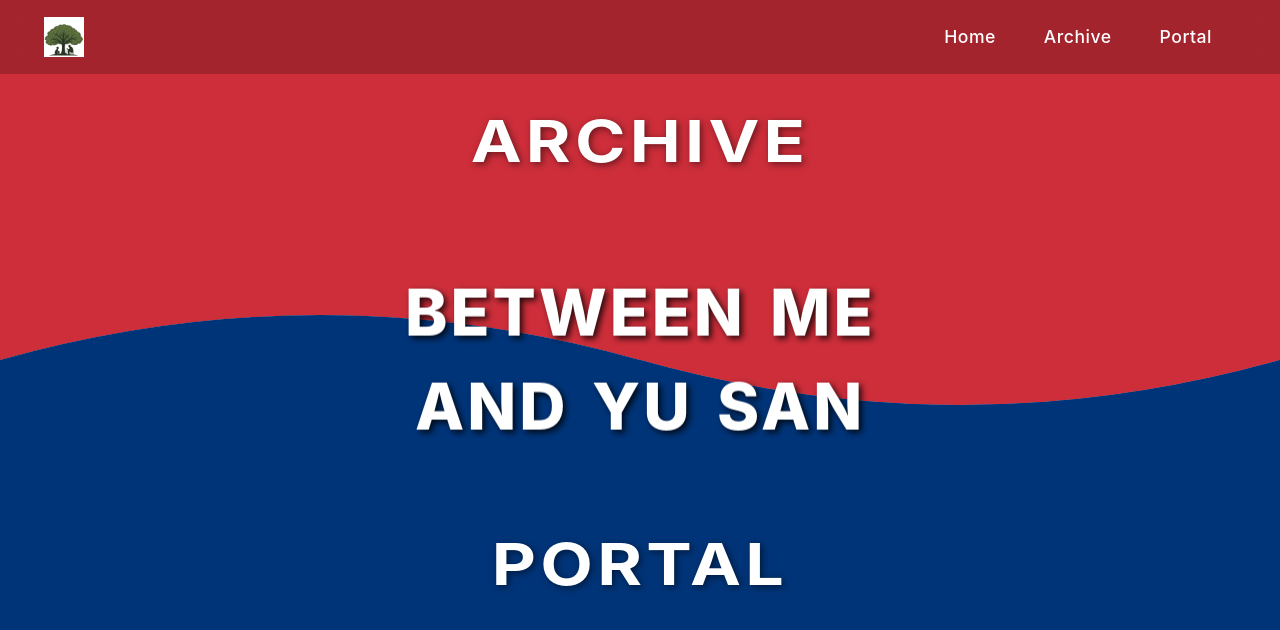
Repository: joshliu14/betweenmeandyusan
Page: /
The author's editor kept a copy of each file at every save. The page is drawn from the files as they stood at one save, then again after the next save.
The browser window is 1280 px wide. The pictures show the whole page.
The project was rebuilt for these pictures with package versions that can differ from the ones it lists, and the page was loaded fresh each time. Also part of the build but not shown: src/components/SearchPage.js, src/components/PortalPage.js, src/components/StorySubmissionPage.js.

Above is the page before, as saved 2025-06-10 20:21:49.

### public/index.html
<!DOCTYPE html>
<html lang="en">
  <head>
    <meta charset="utf-8" />
    <link rel="icon" href="%PUBLIC_URL%/favicon.ico" />
    <meta name="viewport" content="width=device-width, initial-scale=1" />
    <meta name="theme-color" content="#000000" />
    <meta
      name="description"
      content="Web site created using create-react-app"
    />
    <link rel="apple-touch-icon" href="%PUBLIC_URL%/logo192.png" />
    <!--
      manifest.json provides metadata used when your web app is installed on a
      user's mobile device or desktop. See https://developers.google.com/web/fundamentals/web-app-manifest/
    -->
    <link rel="manifest" href="%PUBLIC_URL%/manifest.json" />
    <!--
      Notice the use of %PUBLIC_URL% in the tags above.
      It will be replaced with the URL of the `public` folder during the build.
      Only files inside the `public` folder can be referenced from the HTML.

      Unlike "/favicon.ico" or "favicon.ico", "%PUBLIC_URL%/favicon.ico" will
      work correctly both with client-side routing and a non-root public URL.
      Learn how to configure a non-root public URL by running `npm run build`.
    -->
    <title>Between Me And Yusan</title>
  </head>
  <body>
    <noscript>You need to enable JavaScript to run this app.</noscript>
    <div id="root"></div>
    <!--
      This HTML file is a template.
      If you open it directly in the browser, you will see an empty page.

      You can add webfonts, meta tags, or analytics to this file.
      The build step will place the bundled scripts into the <body> tag.

      To begin the development, run `npm start` or `yarn start`.
      To create a production bundle, use `npm run build` or `yarn build`.
    -->
  </body>
</html>

### src/App.js
// src/App.js
import React from 'react';
import { BrowserRouter as Router, Routes, Route } from 'react-router-dom';
import 'bootstrap/dist/css/bootstrap.min.css';
import './App.css';
import HomePage from './components/HomePage';
import SearchPage from './components/SearchPage';
import PortalPage from './components/PortalPage';
import StorySubmissionPage from './components/StorySubmissionPage';
import Navigation from './components/Navigation';

function App() {
  return (
    <Router>
      <div className="App">
        <Navigation />
        <Routes>
          <Route path="/" element={<HomePage />} />
          <Route path="/search" element={<SearchPage />} />
          <Route path="/portal" element={<PortalPage />} />
          <Route path="/submit-story" element={<StorySubmissionPage />} />
        </Routes>
      </div>
    </Router>
  );
}

export default App;

### src/App.css
/* src/App.css */
.App {
  min-height: 100vh;
  font-family: -apple-system, BlinkMacSystemFont, 'Segoe UI', 'Roboto', 'Oxygen',
    'Ubuntu', 'Cantarell', 'Fira Sans', 'Droid Sans', 'Helvetica Neue',
    sans-serif;
}

/* Custom Korean-inspired colors */
:root {
  --korean-red: #cd2e3a;
  --korean-blue: #003478;
  --korean-white: #ffffff;
  --light-gray: #f8f9fa;
}

/* Navigation Styles */
.navigation-bar {
  z-index: 1000;
  padding: 1rem 2rem;
  background: rgba(0, 0, 0, 0.1) !important;
  backdrop-filter: blur(10px);
  transition: all 0.3s ease;
}

.navigation-bar:hover {
  background: rgba(0, 0, 0, 0.2) !important;
}

.nav-link-custom {
  color: white !important;
  font-weight: 500;
  font-size: 1.1rem;
  margin: 0 1rem;
  transition: all 0.3s ease;
  text-decoration: none;
  letter-spacing: 0.5px;
}

.nav-link-custom:hover {
  color: #ffd700 !important;
  transform: translateY(-2px);
}

.logo-container {
  display: flex;
  align-items: center;
}

.navbar-logo {
  height: 40px;
  width: auto;
  transition: transform 0.3s ease;
}

.navbar-logo:hover {
  transform: scale(1.1);
}

/* New Home Page Styles */
.home-container {
  min-height: 100vh;
  display: flex;
  align-items: center;
  justify-content: center;
  position: relative;
  overflow: hidden;
}

.background-pattern {
  position: absolute;
  top: 0;
  left: 0;
  width: 100%;
  height: 100%;
  background: url("data:[embedded picture, 390 characters]") repeat;
  animation: float 30s infinite linear;
  z-index: 1;
}

@keyframes float {
  0% { transform: translateX(0px) translateY(0px); }
  25% { transform: translateX(10px) translateY(-10px); }
  50% { transform: translateX(0px) translateY(-20px); }
  75% { transform: translateX(-10px) translateY(-10px); }
  100% { transform: translateX(0px) translateY(0px); }
}

.yin-yang-container {
  position: relative;
  width: 100%;
  height: 100vh;
  display: flex;
  align-items: center;
  justify-content: center;
}

.yin-yang-wave {
  position: absolute;
  width: 100%;
  height: 100%;
  top: 0;
  left: 0;
  z-index: 2;
}

.clickable-section {
  cursor: pointer;
  transition: all 0.3s ease;
}

.clickable-section:hover {
  filter: brightness(1.1);
}

/* Button hover effects and animations */
.top-button-group, .bottom-button-group {
  cursor: pointer;
  transition: all 0.3s ease;
}

/* Top section hover effects */
.top-button-group:hover .top-shape {
  fill: #a82329 !important; /* Darker red on hover */
  transition: fill 0.3s ease;
}

.top-button-group:hover .top-text {
  fill: white;
  transform: scale(1.1);
  transition: all 0.3s ease;
}

/* Bottom section hover effects */
.bottom-button-group:hover .bottom-shape {
  fill: #002356 !important; /* Darker blue on hover */
  transition: fill 0.3s ease;
}

.bottom-button-group:hover .bottom-text {
  fill: white;
  transform: scale(1.1);
  transition: all 0.3s ease;
}

/* Add subtle glow effect on hover */
.top-button-group:hover {
  filter: drop-shadow(0 0 20px rgba(168, 35, 41, 0.5));
}

.bottom-button-group:hover {
  filter: drop-shadow(0 0 20px rgba(0, 35, 86, 0.5));
}

/* Animation for the shapes */
.top-shape, .bottom-shape {
  transition: fill 0.3s ease, transform 0.3s ease;
}

.top-text, .bottom-text {
  transition: fill 0.3s ease, transform 0.3s ease;
  transform-origin: center;
}

/* Add a subtle pulse animation */
@keyframes pulse {
  0% { opacity: 1; }
  50% { opacity: 0.8; }
  100% { opacity: 1; }
}

.top-button-group:hover, .bottom-button-group:hover {
  animation: pulse 2s infinite;
}

.section-text {
  font-size: 4rem;
  font-weight: 700;
  letter-spacing: 4px;
  fill: white;
  text-shadow: 2px 2px 8px rgba(0, 0, 0, 0.5);
  cursor: pointer;
  transition: all 0.3s ease;
}

.section-text:hover {
  filter: drop-shadow(4px 4px 12px rgba(0, 0, 0, 0.7));
  transform: translateY(-2px);
}

.yin-circle, .yang-circle {
  filter: drop-shadow(0 4px 8px rgba(0, 0, 0, 0.3));
}

.main-title-container {
  position: absolute;
  top: 50%;
  left: 50%;
  transform: translate(-50%, -50%);
  z-index: 5;
}

.main-title {
  font-size: 4rem;
  font-weight: 800;
  color: white;
  text-align: center;
  text-shadow: 3px 3px 6px rgba(0, 0, 0, 0.8);
  letter-spacing: 3px;
  margin: 0;
  padding: 0 2rem;
  display: flex;
  flex-wrap: wrap;
  justify-content: center;
  gap: 1.5rem;
  line-height: 1.1;
}

.title-word {
  display: inline-block;
  opacity: 0;
  animation: elegantReveal 1.5s cubic-bezier(0.25, 0.46, 0.45, 0.94) forwards;
}

.title-word:nth-child(1) {
  animation-delay: 0.3s;
}

.title-word:nth-child(2) {
  animation-delay: 0.6s;
}

.title-word:nth-child(3) {
  animation-delay: 0.9s;
}

.title-word:nth-child(4) {
  animation-delay: 1.2s;
}

@keyframes elegantReveal {
  0% {
    opacity: 0;
    transform: translateY(30px) scale(0.95);
    filter: blur(2px);
  }
  50% {
    opacity: 0.7;
    transform: translateY(-5px) scale(1.02);
    filter: blur(0px);
  }
  100% {
    opacity: 1;
    transform: translateY(0) scale(1);
    filter: blur(0px);
  }
}

/* Search Page Styles */
.search-container {
  min-height: 100vh;
  background: linear-gradient(135deg, #f8f9fa 0%, #e9ecef 100%);
  padding: 100px 0 50px 0;
}

.search-logo {
  display: block;
  margin: 0 auto;        /* centers the image horizontally */
  max-width: 150px;      /* adjust size as needed */
  height: auto;          /* maintain aspect ratio */
}

.search-header {
  text-align: center;
  margin-bottom: 50px;
}

@keyframes fadeInUp {
  from {
    opacity: 0;
    transform: translateY(30px);
  }
  to {
    opacity: 1;
    transform: translateY(0);
  }
}

.search-title {
  font-size: 2.8rem;
  font-weight: 700;
  color: #333;
  margin-bottom: 30px;
  animation: fadeInUp 1s ease-out 0.2s forwards;
  opacity: 0;
  letter-spacing: 1px;
}

.search-form {
  max-width: 600px;
  margin: 0 auto;
  animation: fadeInUp 1s ease-out 0.4s forwards;
  opacity: 0;
}

.search-input {
  border: 2px solid #ddd;
  border-radius: 50px;
  font-size: 1.1rem;
  padding: 15px 25px;
  transition: all 0.3s ease;
  font-weight: 400;
}

.search-input:focus {
  border-color: var(--korean-red);
  box-shadow: 0 0 0 0.2rem rgba(205, 46, 58, 0.25);
}

.search-btn {
  background: var(--korean-red);
  border: none;
  border-radius: 50px;
  padding: 15px 30px;
  color: white;
  font-weight: 600;
  transition: all 0.3s ease;
  letter-spacing: 0.5px;
}

.search-btn:hover {
  background: #b02530;
  transform: translateY(-2px);
  box-shadow: 0 4px 15px rgba(205, 46, 58, 0.3);
}

/* Results Styles */
.results-container {
  max-width: 800px;
  margin: 50px auto 0;
  animation: fadeInUp 1s ease-out 0.6s forwards;
  opacity: 0;
}

.veteran-card {
  background: white;
  border-radius: 15px;
  padding: 30px;
  margin-bottom: 30px;
  box-shadow: 0 5px 15px rgba(0, 0, 0, 0.1);
  transition: all 0.3s ease;
  border-left: 5px solid var(--korean-red);
}

.veteran-card:hover {
  transform: translateY(-5px);
  box-shadow: 0 10px 25px rgba(0, 0, 0, 0.15);
}

.veteran-photo {
  width: 150px;
  height: 200px;
  object-fit: cover;
  border-radius: 10px;
  border: 3px solid #ddd;
}

.veteran-name {
  font-size: 1.9rem;
  font-weight: 600;
  color: #333;
  margin-bottom: 10px;
  letter-spacing: 0.5px;
}

.veteran-location {
  color: var(--korean-red);
  font-weight: 600;
  font-size: 1.1rem;
  letter-spacing: 0.5px;
}

.flag-icon {
  width: 30px;
  height: 20px;
  margin-left: 10px;
  background: linear-gradient(to bottom, #ff0000 33%, #ffffff 33%, #ffffff 66%, #ff0000 66%);
  border: 1px solid #ddd;
}

/* Portal Page Styles */
.portal-container {
  min-height: 100vh;
  background: linear-gradient(135deg, var(--korean-blue) 0%, var(--korean-red) 100%);
  padding: 100px 20px 50px 20px;
  color: white;
}

.portal-content {
  max-width: 800px;
  margin: 0 auto;
  text-align: center;
}

.portal-title {
  font-size: 3.2rem;
  font-weight: 800;
  margin-bottom: 30px;
  text-shadow: 2px 2px 4px rgba(0, 0, 0, 0.5);
  letter-spacing: 2px;
}

.portal-subtitle {
  font-size: 1.3rem;
  font-weight: 400;
  margin-bottom: 50px;
  opacity: 0.9;
  letter-spacing: 0.5px;
}

.portal-card {
  background: rgba(255, 255, 255, 0.95);
  color: #333;
  border-radius: 20px;
  padding: 40px;
  margin: 30px 0;
  box-shadow: 0 10px 30px rgba(0, 0, 0, 0.2);
  transition: all 0.3s ease;
}

.portal-card:hover {
  transform: translateY(-5px);
  box-shadow: 0 15px 40px rgba(0, 0, 0, 0.3);
}

.story-form {
  max-width: 600px;
  margin: 0 auto;
}

.form-group {
  margin-bottom: 25px;
  text-align: left;
}

.form-label {
  font-weight: 600;
  margin-bottom: 8px;
  color: #333;
  letter-spacing: 0.3px;
}

.form-control {
  border: 2px solid #ddd;
  border-radius: 10px;
  padding: 12px 15px;
  font-size: 1.1rem;
  transition: all 0.3s ease;
  font-weight: 400;
}

.form-control:focus {
  border-color: var(--korean-red);
  box-shadow: 0 0 0 0.2rem rgba(205, 46, 58, 0.25);
}

.btn-primary {
  background: var(--korean-red);
  border: none;
  border-radius: 50px;
  padding: 15px 40px;
  font-size: 1.2rem;
  font-weight: 600;
  transition: all 0.3s ease;
  letter-spacing: 0.5px;
}

.btn-primary:hover {
  background: #b02530;
  transform: translateY(-2px);
  box-shadow: 0 5px 15px rgba(205, 46, 58, 0.3);
}

.btn-secondary {
  background: #6c757d;
  border: none;
  border-radius: 50px;
  padding: 15px 40px;
  font-size: 1.2rem;
  font-weight: 600;
  transition: all 0.3s ease;
  color: white;
  text-decoration: none;
  display: inline-block;
  letter-spacing: 0.5px;
}

.btn-secondary:hover {
  background: #5a6268;
  transform: translateY(-2px);
  box-shadow: 0 5px 15px rgba(108, 117, 125, 0.3);
  color: white;
  text-decoration: none;
}

/* Responsive Design */
@media (max-width: 768px) {
  .navigation-bar {
    padding: 0.5rem 1rem;
  }

  .navbar-logo {
    height: 30px;
  }

  .main-title {
    font-size: 2.8rem;
    padding: 0 1rem;
    flex-direction: column;
    gap: 1rem;
  }

  .section-text {
    font-size: 2.8rem;
  }

  .search-title {
    font-size: 2.2rem;
  }

  .portal-title {
    font-size: 2.6rem;
  }

  .veteran-card {
    padding: 20px;
  }

  .veteran-card .row {
    text-align: center;
  }

  .veteran-photo {
    margin-bottom: 20px;
  }
}

@media (max-width: 480px) {
  .main-title {
    font-size: 2.2rem;
  }

  .section-text {
    font-size: 2.2rem;
  }
}

### src/components/HomePage.js
// src/components/HomePage.js

function HomePage() {
  return (
    <div className="home-container">
      {/* Animated background pattern */}
      <div className="background-pattern"></div>

      {/* Yin-Yang Wave Container with integrated buttons */}
      <div className="yin-yang-container">
        <svg className="yin-yang-wave" viewBox="0 0 1200 800" preserveAspectRatio="none">
          <defs>
            <clipPath id="topClip">
              <path d="M0,0 L1200,0 L1200,400 Q900,500 600,400 T0,400 Z" />
            </clipPath>
            <clipPath id="bottomClip">
              <path d="M0,400 Q300,300 600,400 T1200,400 L1200,800 L0,800 Z" />
            </clipPath>
          </defs>

          <a href="/search" style={{ textDecoration: 'none' }} className="top-button-group">
            <rect x="0" y="0" width="1200" height="400" fill="var(--korean-red)" clipPath="url(#topClip)" className="clickable-section top-shape" />
            <path d="M0,0 L1200,0 L1200,400 Q900,500 600,400 T0,400 Z" fill="var(--korean-red)" className="clickable-section top-shape" />
            <text x="600" y="180" textAnchor="middle" className="section-text archive-text top-text">ARCHIVE</text>
          </a>

          <a href="/portal" style={{ textDecoration: 'none' }} className="bottom-button-group">
            <rect x="0" y="400" width="1200" height="400" fill="var(--korean-blue)" clipPath="url(#bottomClip)" className="clickable-section bottom-shape" />
            <path d="M0,400 Q300,300 600,400 T1200,400 L1200,800 L0,800 Z" fill="var(--korean-blue)" className="clickable-section bottom-shape" />
            <text x="600" y="650" textAnchor="middle" className="section-text portal-text bottom-text">PORTAL</text>
          </a>
        </svg>

        {/* Main title with styled "ME" and "YU" */}
        <div className="main-title-container">
          <h1 className="main-title">
            <span className="title-word">BETWEEN</span>{' '}
            <span className="title-word green">ME</span>{' '}
            <span className="title-word">AND</span>{' '}
            <span className="title-word green">YU</span>
            <span className="title-word">SAN</span>
          </h1>
        </div>
      </div>
    </div>
  );
}

export default HomePage;

### src/components/Navigation.js
// src/components/Navigation.js
import React from 'react';
import { Navbar, Nav } from 'react-bootstrap';
import { Link } from 'react-router-dom';

function Navigation() {
  return (
    <Navbar bg="transparent" variant="dark" expand="lg" className="navigation-bar" fixed="top">
      <div className="container-fluid">
        <div className="logo-container">
          <img src="/logo.png" alt="Logo" className="navbar-logo" />
        </div>
        <Navbar.Toggle aria-controls="basic-navbar-nav" />
        <Navbar.Collapse id="basic-navbar-nav">
          <Nav className="ms-auto">
            <Nav.Link as={Link} to="/" className="nav-link-custom">Home</Nav.Link>
            <Nav.Link as={Link} to="/search" className="nav-link-custom">Archive</Nav.Link>
            <Nav.Link as={Link} to="/portal" className="nav-link-custom">Portal</Nav.Link>
          </Nav>
        </Navbar.Collapse>
      </div>
    </Navbar>
  );
}

export default Navigation;

Loaded but not shown: src/index.js (common file); src/index.css (common file); src/reportWebVitals.js (common file)

After the next save:
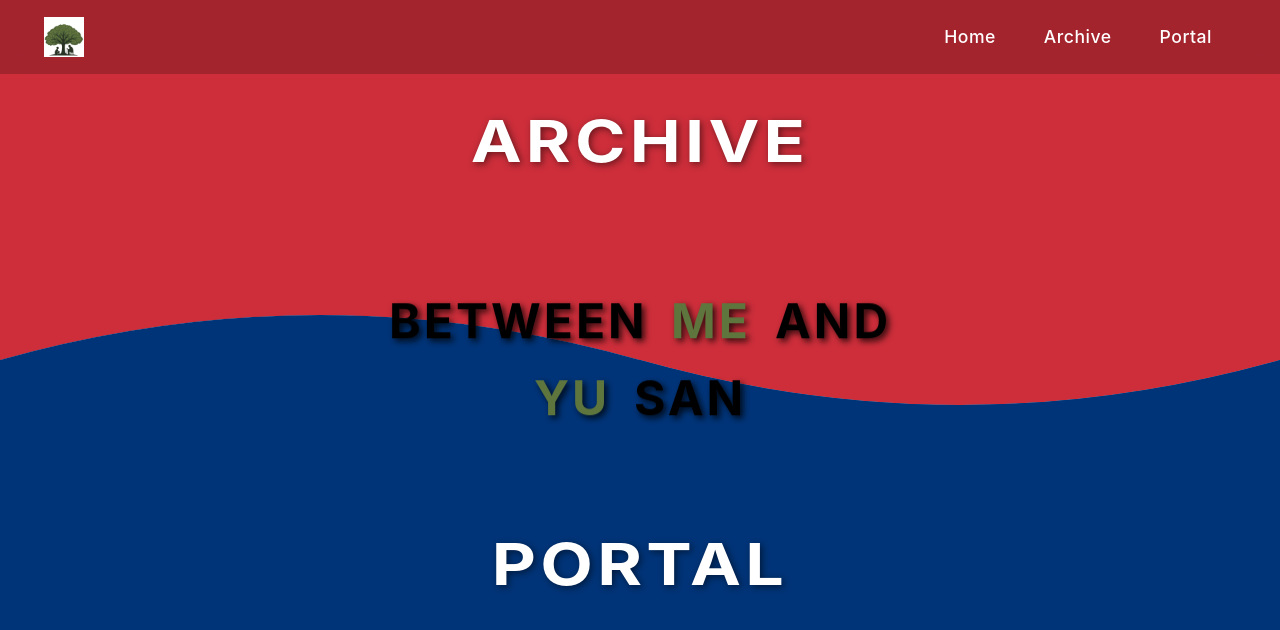
Saved 41 s later.
--- a/src/App.css
+++ b/src/App.css
@@ -554,3 +554,13 @@
     font-size: 2.2rem;
   }
 }
+
+.title-word {
+  font-weight: bold;
+  font-size: 3rem;
+  color: black;
+}
+
+.title-word.green {
+  color: #5E763E;
+}
